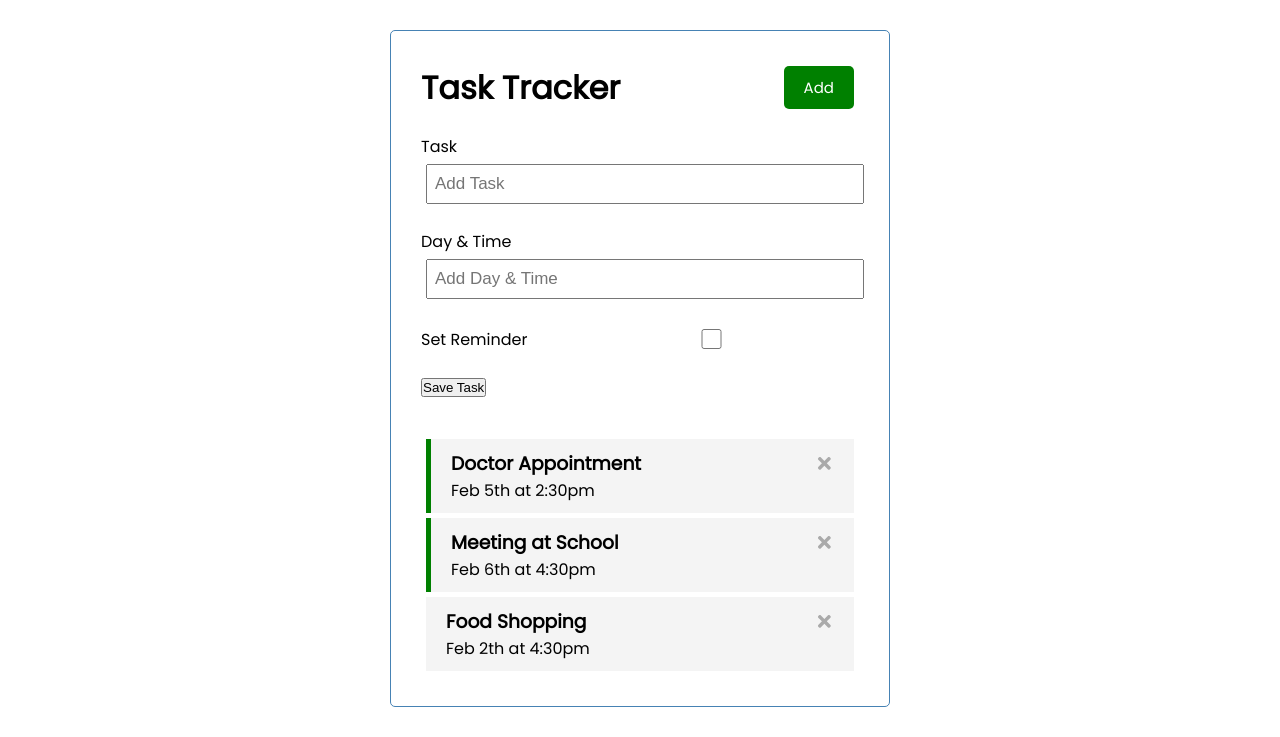
Repository: kate30980/task-tracker-reactjs
Page: /
These files come from the project's save history. The page is drawn as it stood at one moment and after the next save; the edit follows.
The browser window is 1280 px wide. The pictures show the whole page.
The project was rebuilt for these pictures with package versions that can differ from the ones it lists, and the page was loaded fresh each time.

Above is the page before, as saved 2021-09-19 16:41:06.

After the next save:
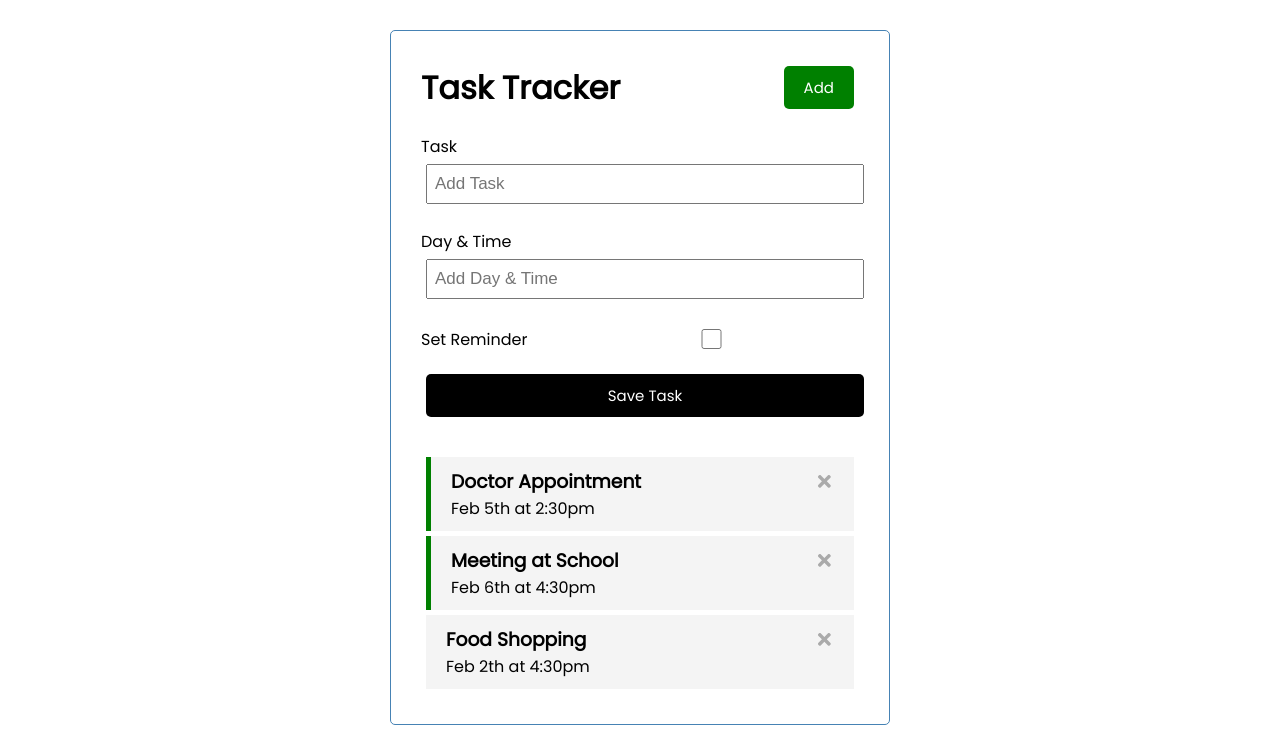
Saved 18 s later.
--- a/src/components/AddTask.js
+++ b/src/components/AddTask.js
@@ -14,7 +14,7 @@ const AddTask = () => {
         <input type="checkbox" />
       </div>
 
-      <input type="submit" value="Save Task" />
+      <input type="submit" value="Save Task" className="btn btn-block" />
     </form>
   );
 };
